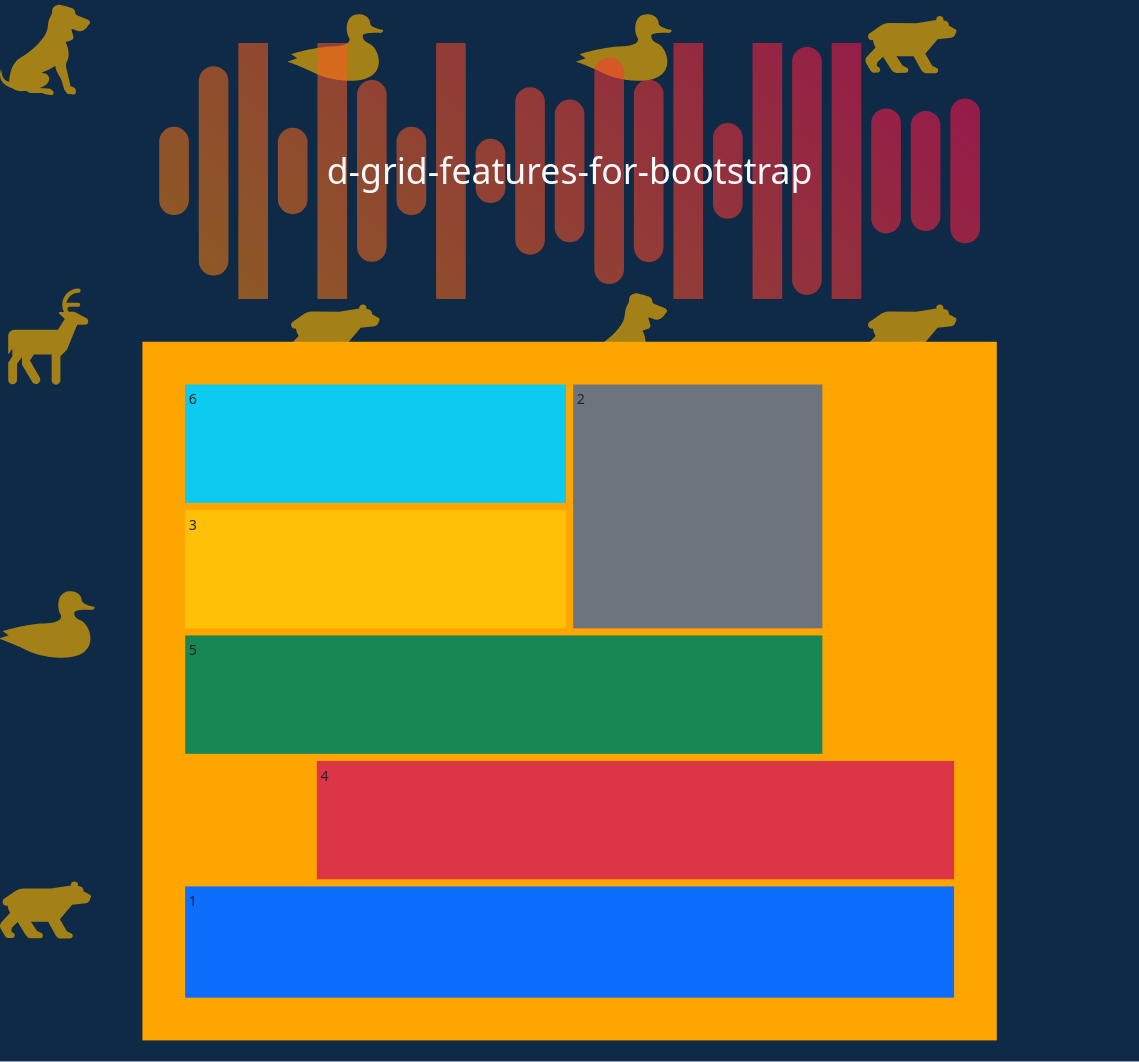
Repository: LynxPardelle/d-grid-features-for-bootstrap
Page: index.html
The author's editor kept a copy of each file at every save. The page is drawn from the files as they stood at one save, then again after the next save.
The browser window is 1280 px wide. The pictures show the whole page, at 89% of full size.

Above is the page before, as saved 2021-10-20 23:13:35.

### index.html
<!DOCTYPE html>
<html lang="en">
  <head>
    <meta charset="UTF-8" />
    <meta http-equiv="X-UA-Compatible" content="IE=edge" />
    <meta name="viewport" content="width=device-width, initial-scale=1.0" />
    <meta name="author" content="Lynx Pardelle" />
    <title>d-grid-features-for-bootstrap</title>
    <link
      href="https://cdn.jsdelivr.net/npm/bootstrap@5.1.3/dist/css/bootstrap.min.css"
      rel="stylesheet"
      integrity="sha384-1BmE4kWBq78iYhFldvKuhfTAU6auU8tT94WrHftjDbrCEXSU1oBoqyl2QvZ6jIW3"
      crossorigin="anonymous"
    />
    <style>
      body {
        background-image: url("data:[embedded picture, 9376 characters]");
        background-size: cover;
        background-repeat: repeat;
        background-position: left top;
      }

      h1 {
        background-image: url("data:[embedded picture, 2297 characters]");
        background-size: cover;
        background-repeat: no-repeat;
        background-position: center center;
        padding: 7.5rem;
      }
    </style>
  </head>
  <body>
    <h1 class="text-center text-light my-5">d-grid-features-for-bootstrap</h1>

    <!-- <section class="d-grid bg-dark" data-gfbs data-gfbs-gtc="repeat(4, 1fr)" data-gfbs-gtr="repeat(2, 50px)" > -->
    <!-- <section class="d-grid bg-dark" data-gfbs data-gfbs-gta='"f f b c c a"" f f d e e a"'> -->
      <section
      class="d-grid w-75 mx-auto my-4"
      data-gfbs
      data-gfbs-custom="background-color: black; padding: 1rem;"
      data-gfbs-custom-sm="background-color: pink; padding: 2rem;"
      data-gfbs-custom-md="background-color: orange; padding: 3rem;"
      data-gfbs-gt='
      [row1-start] "a a b ." 12.5px [row1-end]
      [row2-start] "a a b ." 12.5px [row2-end]
      [row3-start] "c c b d" 12.5px [row3-end]
      [row4-start] "c c b d" 12.5px [row4-end]
      [row5-start] "e e e d" 12.5px [row5-end]
      [row6-start] "e e e d" 12.5px [row6-end]
      [row7-start] ". f f f" 12.5px [row7-end]
      [row8-start] ". f f f" 12.5px [row8-end]
      [row9-start] "g g g g" 25px [row9-end]
      / 2fr 1fr 1fr 3fr'
      data-gfbs-gt-sm='
      [row1-start] "a b b ." 25px [row1-end]
      [row2-start] "a b b ." 25px [row2-end]
      [row3-start] "c c c ." 25px [row3-end]
      [row4-start] "c c c ." 25px [row4-end]
      [row5-start] "e e d d" 25px [row5-end]
      [row6-start] "e e d d" 25px [row6-end]
      [row7-start] ". f f ." 25px [row7-end]
      [row8-start] ". f f ." 25px [row8-end]
      [row9-start] "g g g g" 50px [row9-end]
      / 1fr 2fr 2fr 1fr'
      data-gfbs-gt-md='
      [row1-start] "a a a b" 37.5px [row1-end]
      [row2-start] "a a a b" 37.5px [row2-end]
      [row3-start] "c c d d" 37.5px [row3-end]
      [row4-start] "c c d d" 37.5px [row4-end]
      [row5-start] "e e d d" 37.5px [row5-end]
      [row6-start] "e e d d" 37.5px [row6-end]
      [row7-start] "f f f f" 37.5px [row7-end]
      [row8-start] "g g g g" 37.5px [row8-end]
      [row9-start] "g g g g" 75px [row9-end]
      / 1fr 2fr 2fr 1fr'
      data-gfbs-gt-lg='
      [row1-start] "a a b ." 50px [row1-end]
      [row2-start] "a a b ." 50px [row2-end]
      [row3-start] "c c b d" 50px [row3-end]
      [row4-start] "c c b d" 50px [row4-end]
      [row5-start] "e e e d" 50px [row5-end]
      [row6-start] "e e e d" 50px [row6-end]
      [row7-start] ". f f f" 50px [row7-end]
      [row8-start] ". f f f" 50px [row8-end]
      [row9-start] "g g g g" 100px [row9-end]
      / 1fr 2fr 2fr 1fr'
      data-gfbs-gt-xl='
      [row1-start] "a a b ." 62.5px [row1-end]
      [row2-start] "a a b ." 62.5px [row2-end]
      [row3-start] "c c b d" 62.5px [row3-end]
      [row4-start] "c c b d" 62.5px [row4-end]
      [row5-start] "e e e d" 62.5px [row5-end]
      [row6-start] "e e e d" 62.5px [row6-end]
      [row7-start] ". f f f" 62.5px [row7-end]
      [row8-start] ". f f f" 62.5px [row8-end]
      [row9-start] "g g g g" 125px [row9-end]
      / 1fr 2fr 2fr 1fr'
      data-gfbs-gt-xxl='
      [row1-start] "a a b ." 87.5px [row1-end]
      [row2-start] "a a b ." 87.5px [row2-end]
      [row3-start] "c c b d" 87.5px [row3-end]
      [row4-start] "c c b d" 87.5px [row4-end]
      [row5-start] "e e e d" 87.5px [row5-end]
      [row6-start] "e e e d" 87.5px [row6-end]
      [row7-start] ". f f f" 87.5px [row7-end]
      [row8-start] ". f f f" 87.5px [row8-end]
      [row9-start] "g g g g" 150px [row9-end]
      / 1fr 2fr 2fr 1fr'
      data-gfbs-gap="0.5rem"
    >
      <!-- data-gfbs-cg="1rem"
      data-gfbs-rg="1rem" -->
      <div
        data-gfbs
        data-gfbs-iga="a"
        data-gfbs-iga-sm="g"
        class="bg-primary p-1"
      >
        1
      </div>

      <div data-gfbs data-gfbs-iga="b" class="bg-secondary p-1">2</div>
      <div data-gfbs data-gfbs-iga="c" class="bg-warning p-1">3</div>
      <div
        data-gfbs
        data-gfbs-iga="d"
        data-gfbs-iga-lg="f"
        class="bg-danger p-1"
      >
        4
      </div>
      <div data-gfbs data-gfbs-iga="e" class="bg-success p-1">5</div>
      <div data-gfbs data-gfbs-iga="f" data-gfbs-iga-md="a" class="bg-info p-1">
        6
      </div>
    </section>

    <script
      src="https://cdn.jsdelivr.net/npm/bootstrap@5.1.3/dist/js/bootstrap.bundle.min.js"
      integrity="sha384-ka7Sk0Gln4gmtz2MlQnikT1wXgYsOg+OMhuP+IlRH9sENBO0LRn5q+8nbTov4+1p"
      crossorigin="anonymous"
    ></script>
    <script src="./d-grid.js"></script>
  </body>
</html>

### d-grid.js
"use strict";

function gridCreate(){
  let wWidth = window.innerWidth;
  let gridElements = document.querySelectorAll("[data-gfbs]");

  function checkIfHasBP(gridElement, atr) {
    let hasIt = false;
    for (let attribute of gridElement.attributes) {
      let at = attribute.localName;
      if (at.includes(atr)) {
        switch (true) {
          case at.includes("-sm") && wWidth >= 576 && wWidth < 768:
            hasIt = true;
            break;
          case at.includes("-md") && wWidth >= 768 && wWidth < 992:
            hasIt = true;
            break;
          case at.includes("-lg") && wWidth >= 992 && wWidth < 1200:
            hasIt = true;
            break;
          case at.includes("-xl") && wWidth >= 1200 && wWidth < 1400:
            hasIt = true;
            break;
          case at.includes("-xxl") && wWidth >= 1400:
            hasIt = true;
            break;
        }
      }
    }

    return hasIt;
  }

  for (let gridElement of gridElements) {
    for (let attribute of gridElement.attributes) {
      let at = attribute.localName;
      let attValue = attribute.value;

      if (
        at.includes("gfbs-") &&
        ((!at.includes("-sm") &&
          !at.includes("-md") &&
          !at.includes("-lg") &&
          !at.includes("-xl") &&
          !at.includes("-xxl") &&
          !checkIfHasBP(gridElement, at)) ||
          (at.includes("-sm") &&
            wWidth >= 576 &&
            (!at.includes("-md") || (at.includes("-md") && wWidth < 768)) &&
            (!at.includes("-lg") || (at.includes("-lg") && wWidth < 992)) &&
            (!at.includes("-xl") || (at.includes("-xl") && wWidth < 1200)) &&
            (!at.includes("-xll") || (at.includes("-xxl") && wWidth < 1400))) ||
          (at.includes("-md") &&
            wWidth >= 768 &&
            (!at.includes("-lg") || (at.includes("-lg") && wWidth < 992)) &&
            (!at.includes("-xl") || (at.includes("-xl") && wWidth < 1200)) &&
            (!at.includes("-xll") || (at.includes("-xxl") && wWidth < 1400))) ||
          (at.includes("-lg") &&
            wWidth >= 992 &&
            (!at.includes("-xl") || (at.includes("-xl") && wWidth < 1200)) &&
            (!at.includes("-xll") || (at.includes("-xxl") && wWidth < 1400))) ||
          (at.includes("-xl") &&
            wWidth >= 1200 &&
            (!at.includes("-xll") || (at.includes("-xxl") && wWidth < 1400))) ||
          (at.includes("-xxl") && wWidth >= 1400))
      ) {
        switch (true) {
          /* Container */
          case at.includes("custom"):
            gridElement.style.cssText += attValue;
            break;
          case at.includes("gtc"):
            gridElement.style.gridTemplateColumns = attValue;
            break;
          case at.includes("gtr"):
            gridElement.style.gridTemplateRows = attValue;
            break;
          case at.includes("gta"):
            gridElement.style.gridTemplateAreas = attValue;
            break;
          case at.includes("gt"):
            gridElement.style.gridTemplate = attValue;
            break;
          case at.includes("cg"):
            gridElement.style.columnGap = attValue;
            break;
          case at.includes("rg"):
            gridElement.style.rowGap = attValue;
            break;
          case at.includes("gap"):
            gridElement.style.gap = attValue;
            break;
          case at.includes("ji"):
            gridElement.style.justifyItems = attValue;
            break;
          case at.includes("ai"):
            gridElement.style.alignItems = attValue;
            break;
          case at.includes("pi"):
            gridElement.style.placeItems = attValue;
            break;
          case at.includes("jc"):
            gridElement.style.justifyContent = attValue;
            break;
          case at.includes("ac"):
            gridElement.style.alignContent = attValue;
            break;
          case at.includes("pc"):
            gridElement.style.placeContent = attValue;
            break;
          case at.includes("gac"):
            gridElement.style.gridAutoColumns = attValue;
            break;
          case at.includes("gar"):
            gridElement.style.gridAutoRows = attValue;
            break;
          case at.includes("gaf"):
            gridElement.style.gridAutoFlow = attValue;
            break;
          case at.includes("grid"):
            gridElement.style.grid = attValue;
            break;

          /* Item */
          case at.includes("gcs"):
            gridElement.style.gridColumnStart = attValue;
            break;
          case at.includes("gce"):
            gridElement.style.gridColumnEnd = attValue;
            break;
          case at.includes("gc"):
            gridElement.style.gridColumn = attValue;
            break;
          case at.includes("grs"):
            gridElement.style.gridRowStart = attValue;
            break;
          case at.includes("gre"):
            gridElement.style.gridRowEnd = attValue;
            break;
          case at.includes("gr"):
            gridElement.style.gridRow = attValue;
            break;
          case at.includes("iga"):
            gridElement.style.gridArea = attValue;
            break;
          case at.includes("js"):
            gridElement.style.justifySelf = attValue;
            break;
          case at.includes("as"):
            gridElement.style.alignSelf = attValue;
            break;
          case at.includes("ps"):
            gridElement.style.placeSelf = attValue;
            break;
        }
      }
    }
  }
}

window.onload = gridCreate();
window.addEventListener("resize", gridCreate);

After the next save:
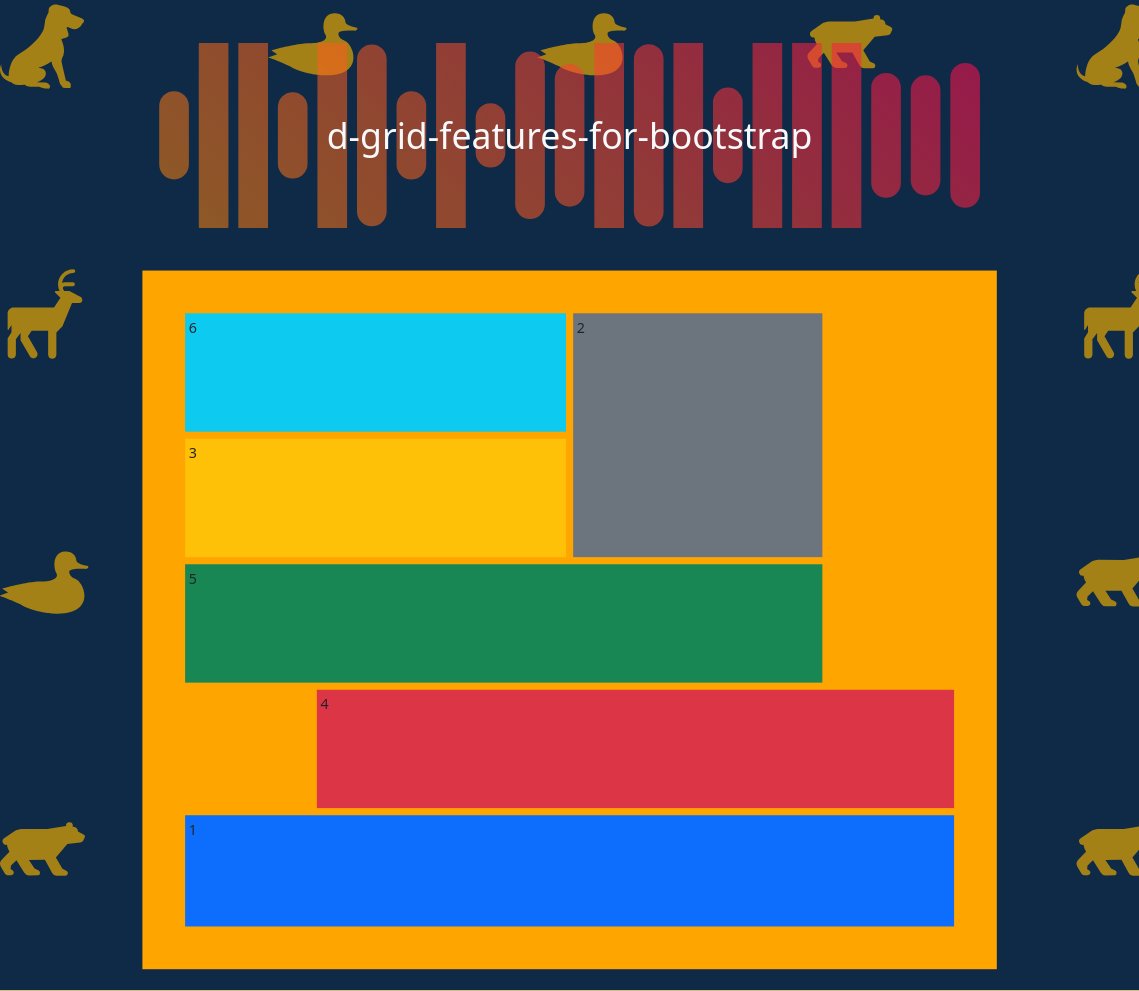
Saved 6 s later.
--- a/index.html
+++ b/index.html
@@ -25,7 +25,7 @@
         background-size: cover;
         background-repeat: no-repeat;
         background-position: center center;
-        padding: 7.5rem;
+        padding: 5rem;
       }
     </style>
   </head>

After the save that followed:
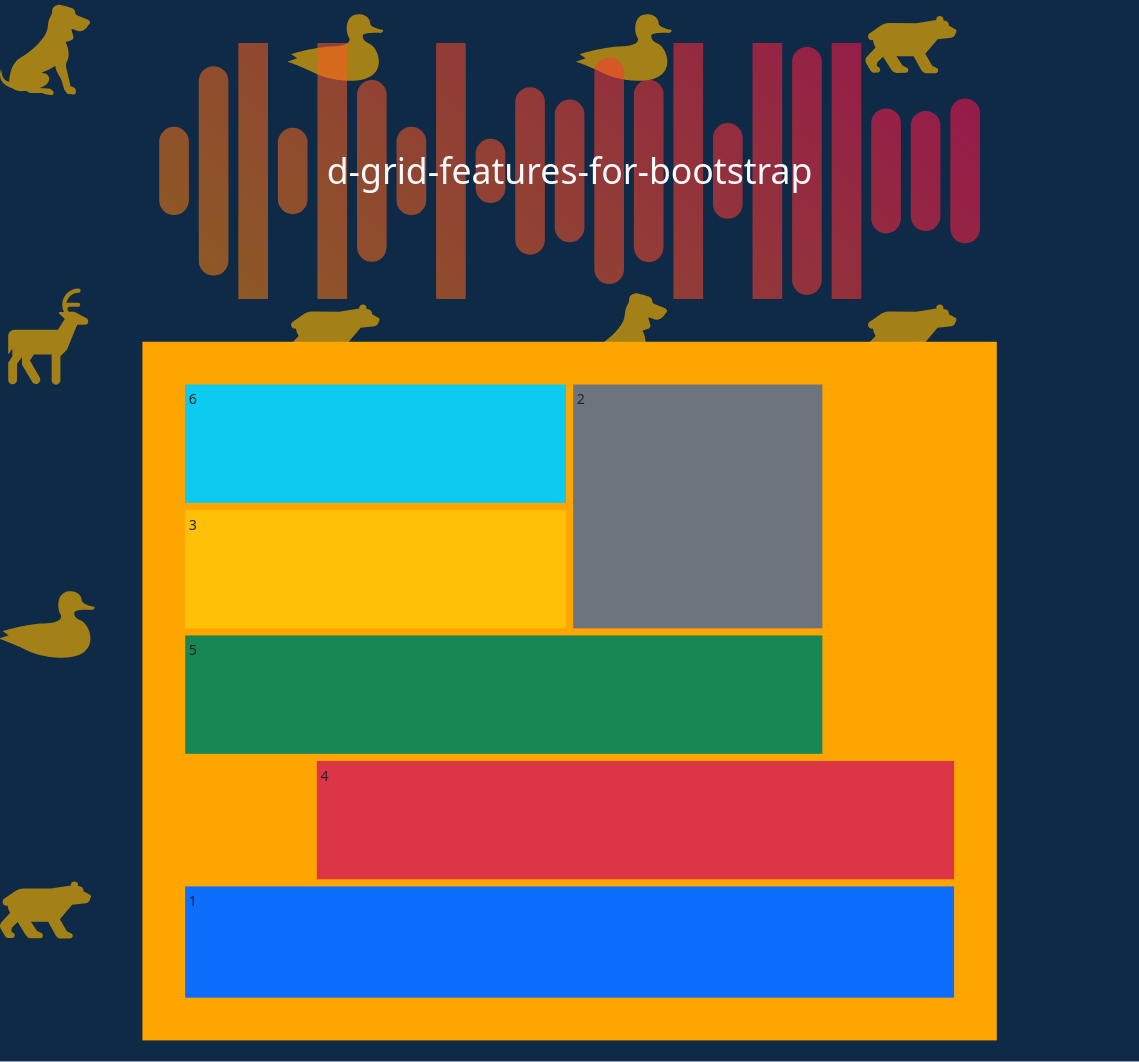
Saved 4 s later.
--- a/index.html
+++ b/index.html
@@ -25,7 +25,7 @@
         background-size: cover;
         background-repeat: no-repeat;
         background-position: center center;
-        padding: 5rem;
+        padding: 7.5rem;
       }
     </style>
   </head>
